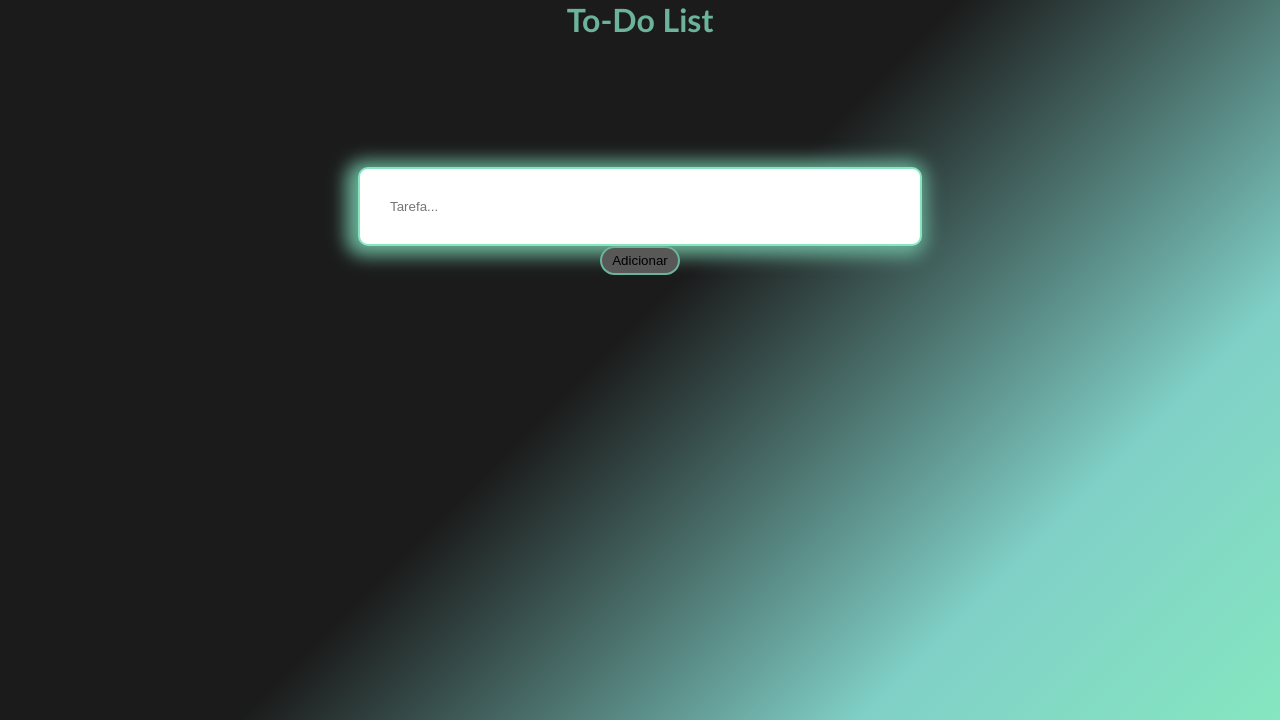
Repository: PetersonAntonyDev/python-flask-
Page: index.html
An editor plug-in stored every save of this project. The page is shown before and after the next save, followed by the edit.
The browser window is 1280 px wide. The pictures show the whole page.

Above is the page before, as saved 2022-07-26 10:37:15.

### index.html
<!DOCTYPE html>
<html lang="en">
<head>
    <meta charset="UTF-8">
    <meta http-equiv="X-UA-Compatible" content="IE=edge">
    <meta name="viewport" content="width=device-width, initial-scale=1.0">
    <link rel="stylesheet" href="/style.css">
    <title>To-Do LIst</title>
</head>
<body>
    <header>
        <h1>To-Do List</h1>
    </header>
    <main>
        <form action="" method="post">
            <input class="task" type="text" name="task" id="task" placeholder="Tarefa...">
            <button>Adicionar</button>
        </form>
    </main>
</body>
</html>

### style.css
* {
    margin: 0;
    padding: 0;
}

body {
    display: flex;
    align-items: center;
    flex-direction: column;
    width: 100%;
    min-height: 100vh;
    max-height: 100%;
    background-color: #1b1b1b;
    background-image: linear-gradient(135deg, #1b1b1b 48%, #80D0C7 79%, #85e6c0 100%);
}

header {
    margin-bottom: 10%;
    font-family: 'Gill Sans', 'Gill Sans MT', Calibri, 'Trebuchet MS', sans-serif;
    font-size: 1rem;
    color: #6bb39b;
}

form {
    display: flex;
    justify-content: center;
    align-items: center;
    flex-direction: column;
}

.task {
    width: 500px;
    border-radius: 10px;
    border: #85e6c0 2px solid;
    padding: 30px;
    -webkit-box-shadow: -4px 2px 18px 8px rgba(107, 179, 155, 1);
    -moz-box-shadow: -4px 2px 18px 8px rgba(107, 179, 155, 1);
    box-shadow: -4px 2px 18px 8px rgba(107, 179, 155, 1);
}

button {
    padding: 5px 10px;
    border: #6bb39b 2px solid;
    border-radius: 50px;
    background-color: #585858;
}

After the next save:
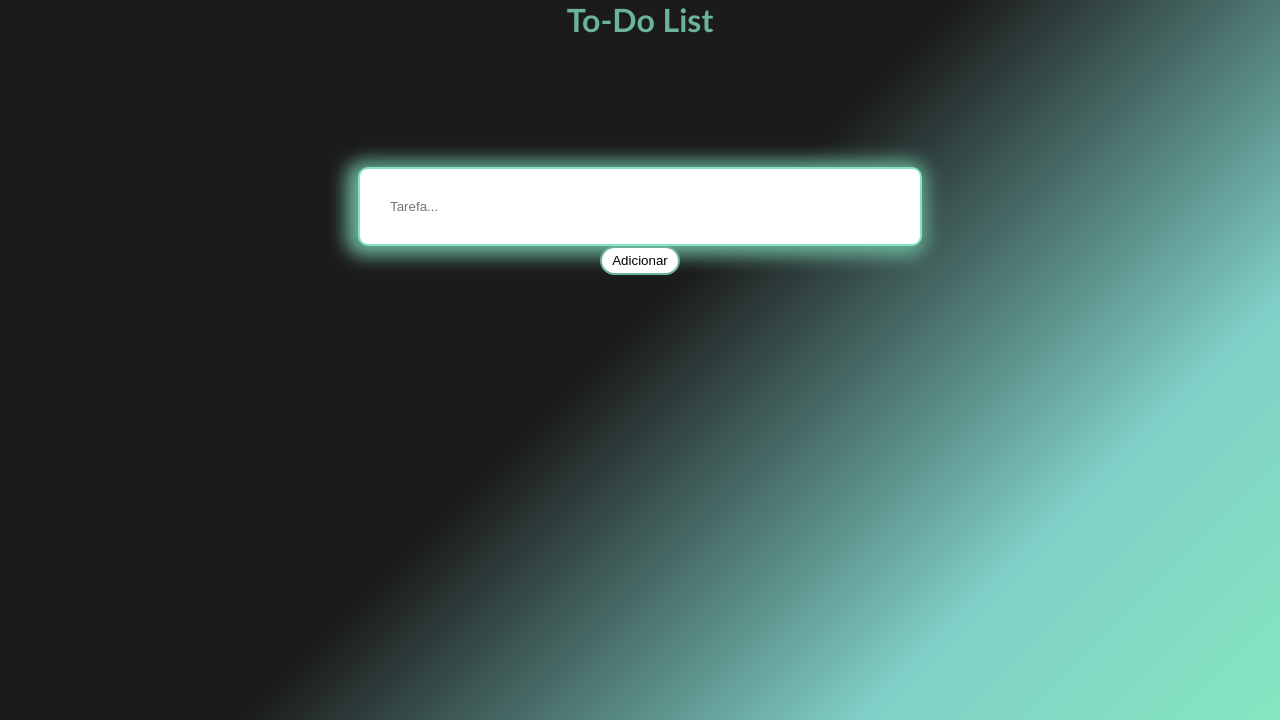
Saved 6 s later.
--- a/style.css
+++ b/style.css
@@ -42,5 +42,5 @@ button {
     padding: 5px 10px;
     border: #6bb39b 2px solid;
     border-radius: 50px;
-    background-color: #585858;
+    background-color: #fff;
 }
